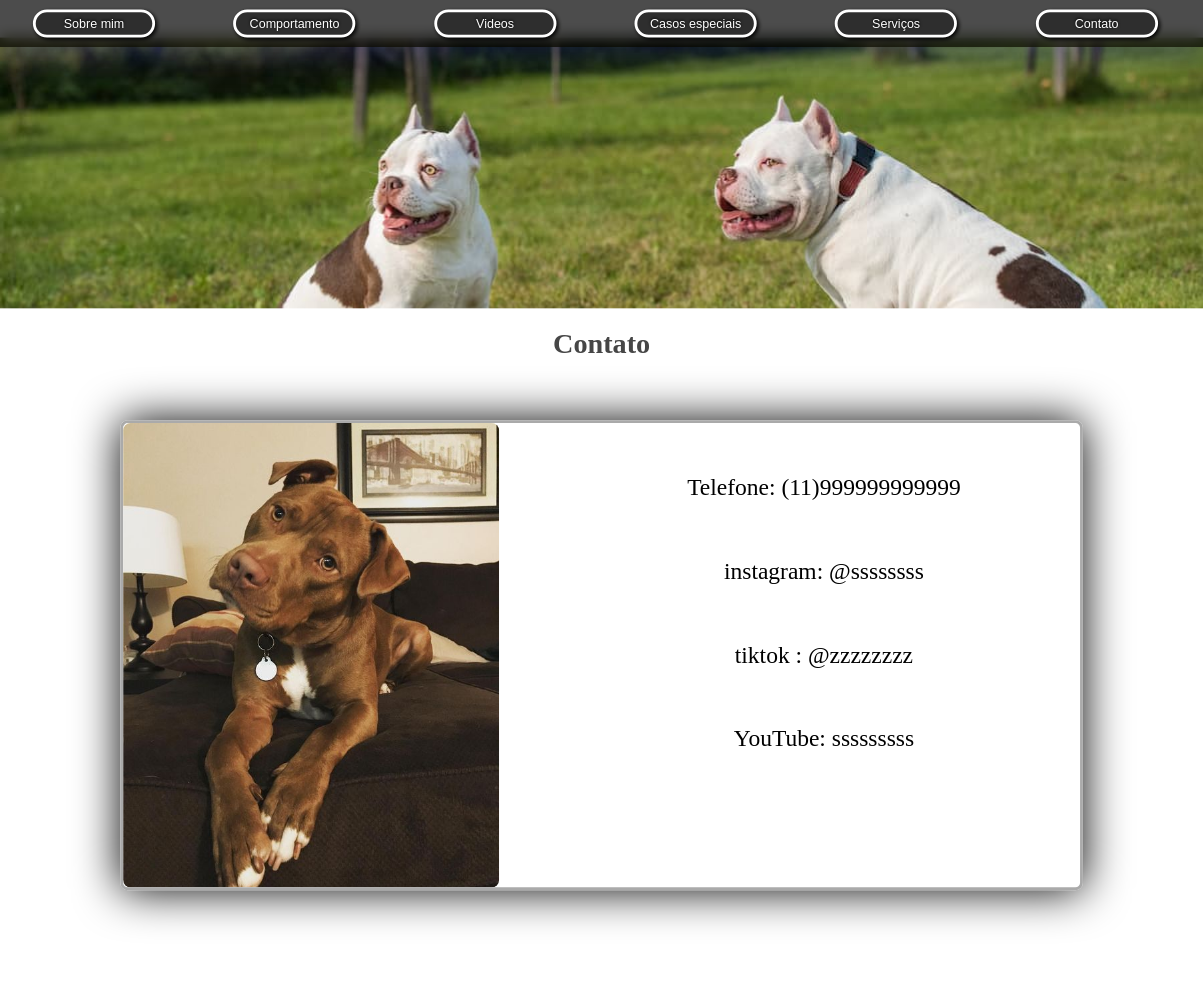
Repository: KevynMarques/Blog-React-StyledComponent
Page: /, after clicking the first element matching `button.sc-iGgWBj`
The author's editor kept a copy of each file at every save. The page is drawn from the files as they stood at one save, then again after the next save.
The browser window is 1280 px wide. The pictures show the whole page, at 94% of full size.
The project was rebuilt for these pictures with package versions that can differ from the ones it lists, and the page was loaded fresh each time. Also part of the build but not shown: src/Components/Artigos/index.jsx, src/Components/Clientes/index.jsx, src/Components/Serviços/index.jsx, src/Components/View/index.jsx.

Above is the page before, as saved 2022-02-21 19:39:15.

After the next save:
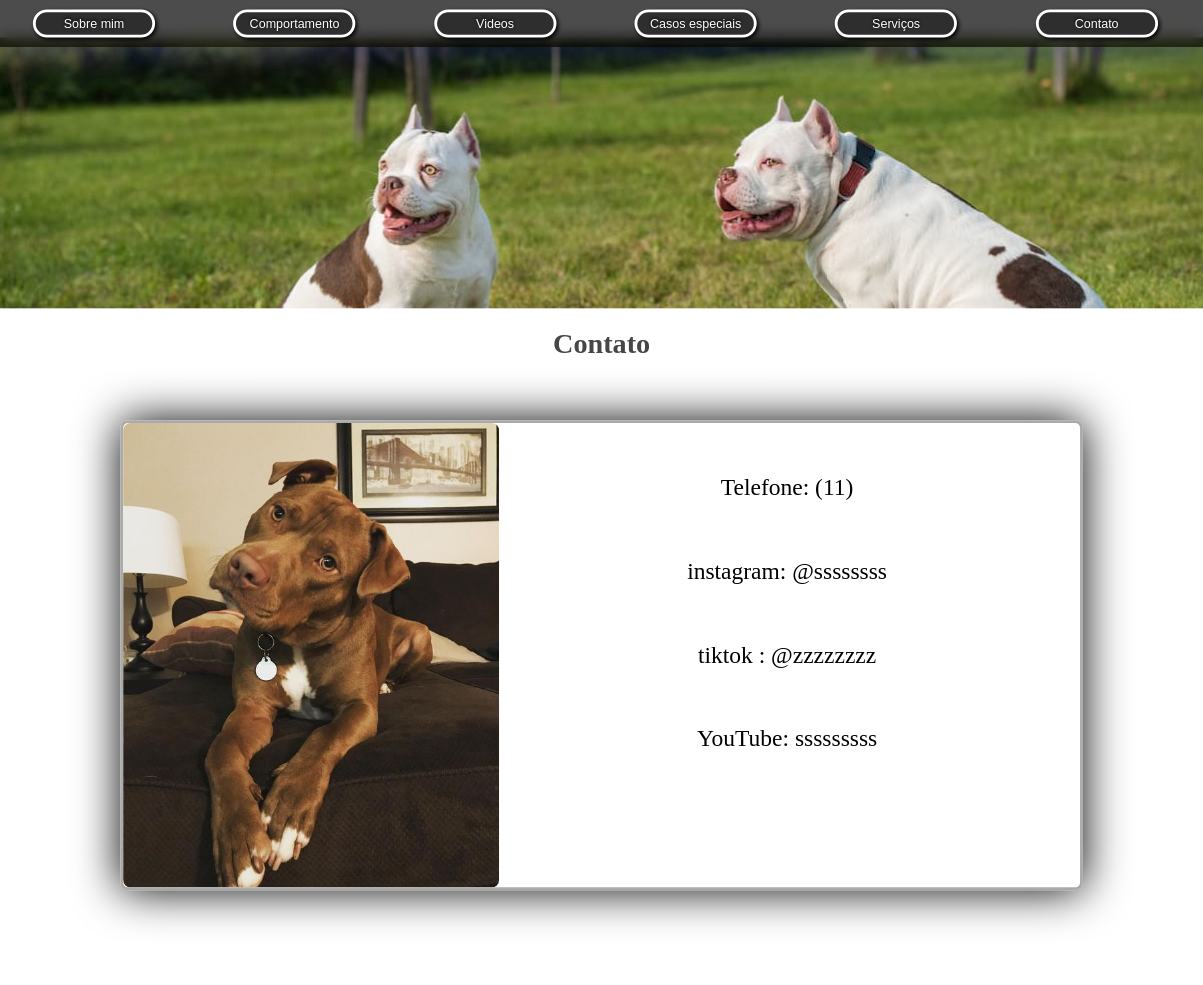
Saved 13 h 25 min later.
--- a/src/Components/Contato/index.jsx
+++ b/src/Components/Contato/index.jsx
@@ -25,7 +25,7 @@ export default () => {
        </ContainerIMG>
        <Info>
 
-         <Grif>Telefone: (11)999999999999  </Grif>
+         <Grif>Telefone: (11)  </Grif>
          <br></br><br></br>
 
          <Grif> instagram: @ssssssss </Grif>
